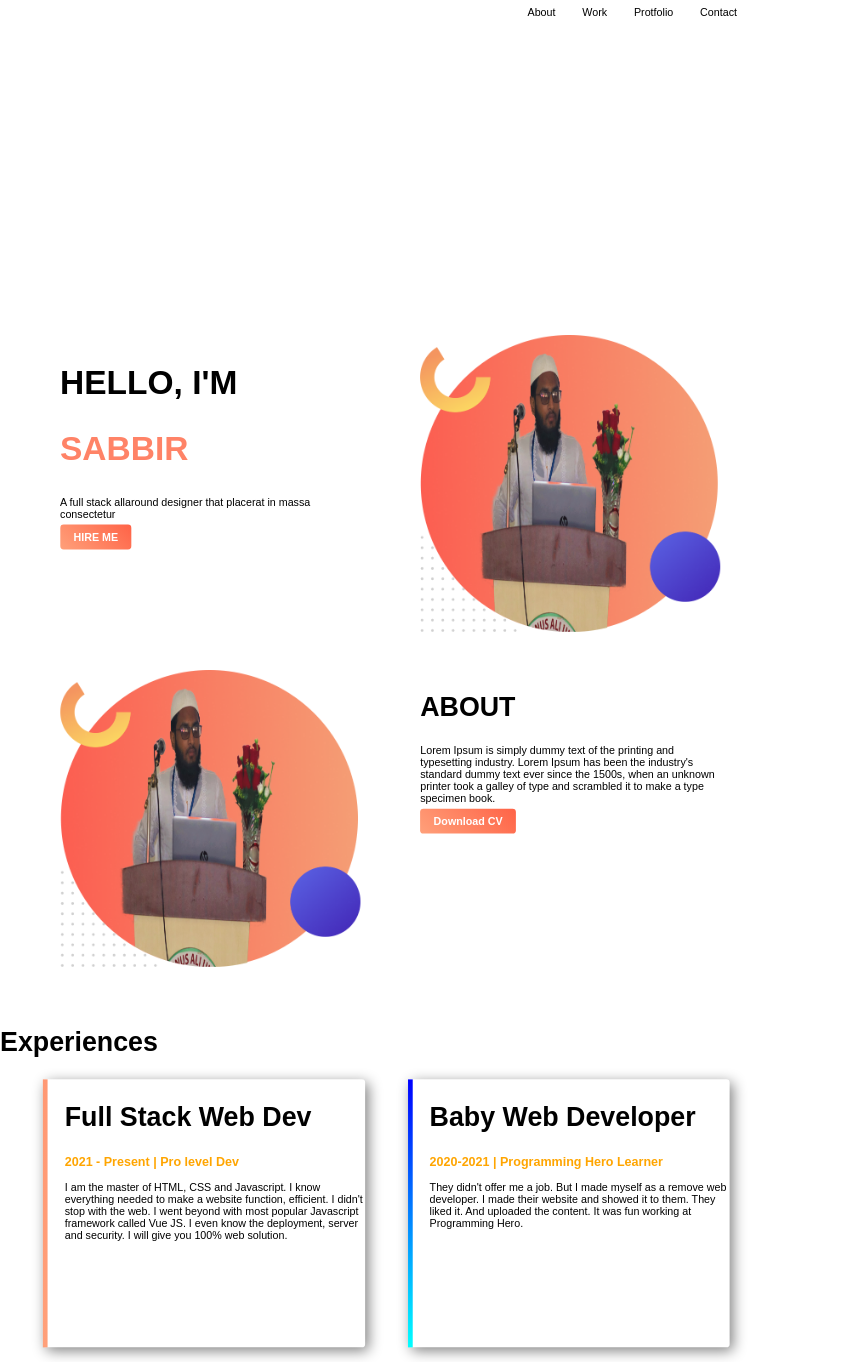
Repository: sabbircse3/personal-website
Page: index.html
The author's editor kept a copy of each file at every save. The page is drawn from the files as they stood at one save, then again after a run of saves.
The browser window is 1280 px wide. The pictures show the whole page, at 67% of full size.

Above is the page before, as saved 2021-01-06 00:16:20.

After the next 2 saves:
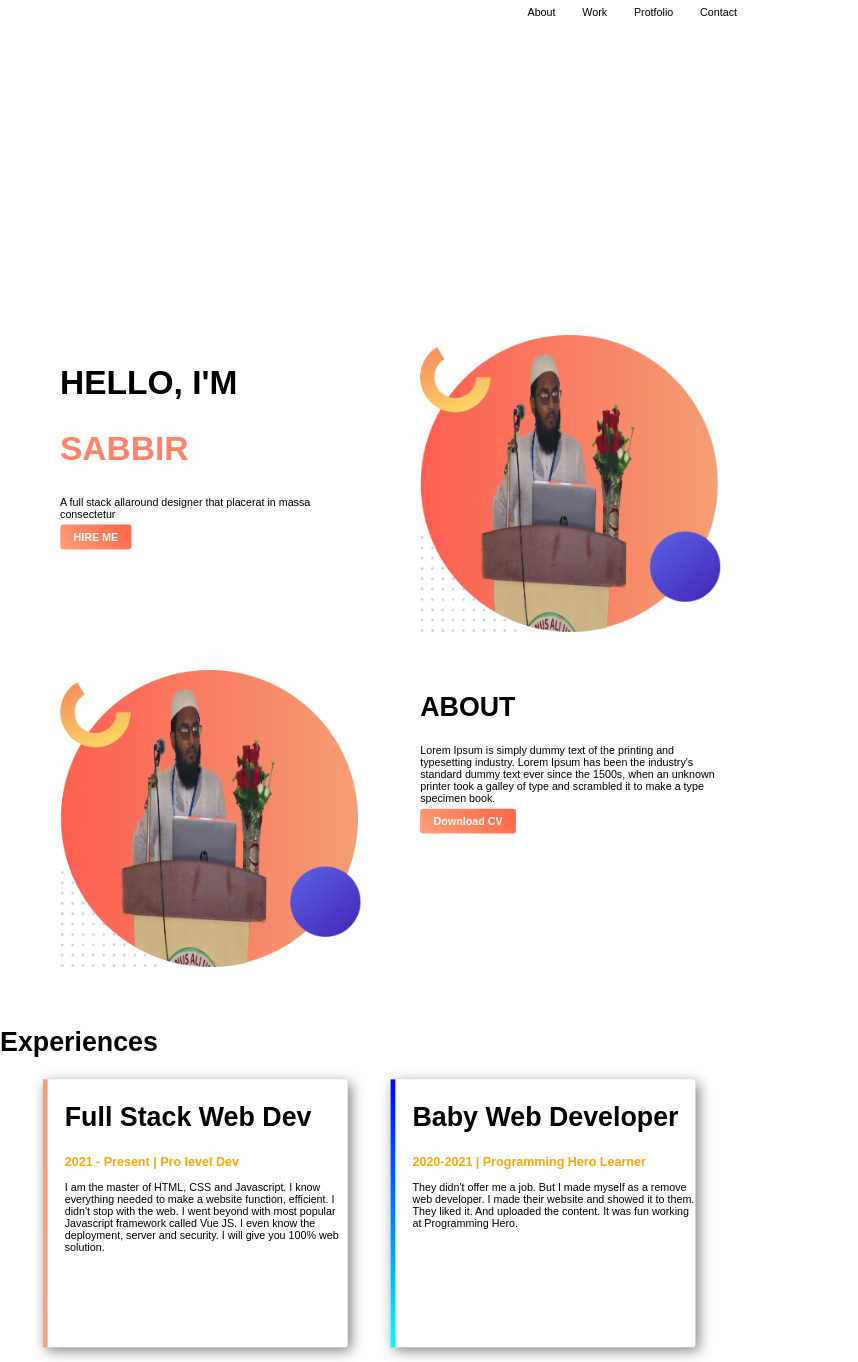
The 2 saves are shown as one change because they came seconds apart.
The last was saved 7 s later.
--- a/style.css
+++ b/style.css
@@ -60,7 +60,7 @@ section{
     box-shadow: 5px 5px 20px gray;
     border-radius: 5px;
 	height: 80%;
-	width: ;
+	width: 33%;
 }
 #full-stack{
     border-left: 7px solid;
